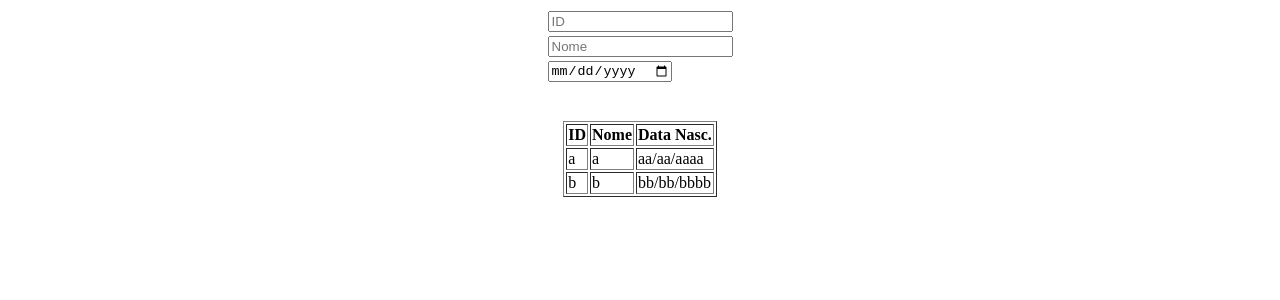
Repository: Frm2003/Laboratorio-de-Banco-de-Dados
Page: ExemploHTML/src/main/webapp/index.html
The author's editor kept a copy of each file at every save. The page is drawn from the files as they stood at one save, then again after the next save.
The browser window is 1280 px wide. The pictures show the whole page.

Above is the page before, as saved 2023-08-08 12:57:48.

### ExemploHTML/src/main/webapp/index.html
<!DOCTYPE html>
<html>

<head>
	<meta charset="ISO-8859-1">
	<title>Exemplo</title>
</head>

<body>
	<div align="center">
		<table>
			<tr>
				<td>
					<input type="number" id="id" name="id" min="0" step="1" placeholder="ID" required="required">
				</td>
			</tr>
			<tr>
				<td>
					<input type="text" id="nome" name="nome" placeholder="Nome" required="required">
				</td>
			</tr>
			<tr>
				<td>
					<input type="date" id="dataNasc" name="dataNasc" required="required">
				</td>
			</tr>
		</table>
	</div>

	<br>
	<br>

	<div align="center">
		<form action="" method="post">
			<table border="1">
				<thead>
					<tr>
						<th><b>ID</b></th>
						<th><b>Nome</b></th>
						<th><b>Data Nasc.</b></th>
					</tr>
				</thead>
				<tbody>
					<tr>
						<td>a</td>
						<td>a</td>
						<td>aa/aa/aaaa</td>
					</tr>
					<tr>
						<td>b</td>
						<td>b</td>
						<td>bb/bb/bbbb</td>
					</tr>
				</tbody>
			</table>
		</form>
	</div>
</body>

</html>

After the next save:
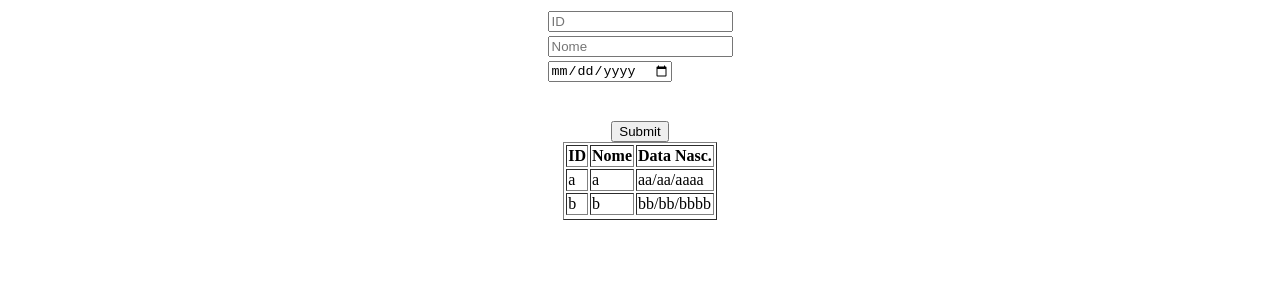
Saved 69 s later.
--- a/ExemploHTML/src/main/webapp/index.html
+++ b/ExemploHTML/src/main/webapp/index.html
@@ -51,6 +51,9 @@
 						<td>b</td>
 						<td>bb/bb/bbbb</td>
 					</tr>
+					<tr>
+						<input type="submit">
+					</tr>
 				</tbody>
 			</table>
 		</form>
